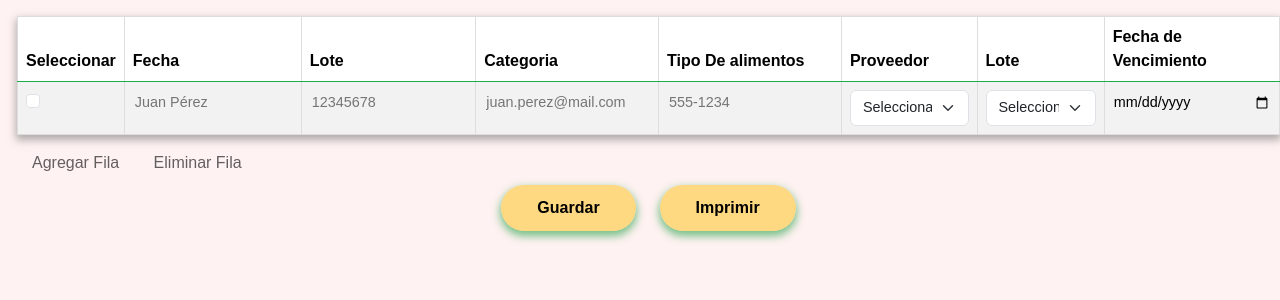
Repository: Mateojimenezz/Granja-Santa-Helena
Page: registroDiarioDeAlimentos.html
An editor plug-in stored every save of this project. The page is shown before and after a run of saves, followed by the edit.
The browser window is 1280 px wide. The pictures show the whole page.
Some web fonts or font styles are not loaded; a fallback is used.

Above is the page before, as saved 2025-04-22 15:35:51.

### registroDiarioDeAlimentos.html
<!DOCTYPE html>
<html lang="es">
<head>
    <meta charset="UTF-8">
    <meta name="viewport" content="width=device-width, initial-scale=1.0">
    <title>Registro Diario de Alimentos</title>
    <link href="https://cdn.jsdelivr.net/npm/bootstrap@5.3.3/dist/css/bootstrap.min.css" rel="stylesheet" integrity="sha384-QWTKZyjpPEjISv5WaRU9OFeRpok6YctnYmDr5pNlyT2bRjXh0JMhjY6hW+ALEwIH" crossorigin="anonymous">
     <link rel="stylesheet" href="https://cdn.jsdelivr.net/npm/bootstrap-icons@1.11.3/font/bootstrap-icons.min.css">
     <link rel="stylesheet" href="./assets/css/tablas.css"> <!-- Enlace a tu CSS -->
    <link href="https://fonts.googleapis.com/css2?family=Calistoga&display=swap" rel="stylesheet">
  </head>
<body>
    <main>
        <table class="table table-striped  mt-3 " id="userTable">
          <thead class="table">
            <tr>
              <th>Seleccionar</th> <!-- Nueva columna -->
              <th>Fecha</th>
              <th>Lote</th>
              <th>Categoria</th>
              <th>Tipo De alimentos</th>
              <th>Proveedor</th>
              <th>Lote</th>
              <th>Fecha de Vencimiento</th>
            </tr>
          </thead>
          <tbody>
            <tr>
              <td>
                <input type="checkbox" class="form-check-input" />
              </td>
              <td>
                <input type="text" class="input-no-border" placeholder="Juan Pérez" />
              </td>
              <td>
                <input type="text" class="input-no-border" placeholder="12345678" />
              </td>
              <td>
                <input type="email" class="input-no-border" placeholder="juan.perez@mail.com" />
              </td>
              <td>
                <input type="tel" class="input-no-border" placeholder="555-1234" />
              </td>
              <td>
                <!-- Selector proveedores -->
                <select class="form-select">
                  <option selected disabled>Seleccionar</option> <!-- Opción predeterminada -->
                  <option value="Proveedor 1">Proveedor 1</option>
                  <option value="Proveedor 2">Proveedor 2</option>
                  <option value="Proveedor 3">Proveedor 3</option>
                </select>
              </td>
              <td>
                <!-- Selector de Lote -->
                <select class="form-select">
                  <option selected disabled>Seleccionar</option> <!-- Opción predeterminada -->
                  <option value="Lote 1">lote 1</option>
                  <option value="Lote 2">Lote 2</option>
                  <option value="Lote 3">Lote 3</option>
                </select>
              </td>
              <td>
                <input type="date" class="input-no-border" placeholder="555-1234" />
              </td>
            </tr>
            <!-- Más filas aquí -->
          </tbody>
        </table>
        <a id="addUserButton" class=" btn-agregar-usuario mt-3">Agregar Fila</a>
        <a id="deleteUserButton" class=" btn-agregar-usuario mt-3">Eliminar Fila</a>
      </main>

      <footer class="d-flex justify-content-center align-items-center  text-white gap-4">
        <button class="btn ">Guardar</button>
        <button id="printButton" class="btn ">Imprimir</button>
      </footer>

      <script src="https://cdnjs.cloudflare.com/ajax/libs/jspdf/2.4.0/jspdf.umd.min.js"></script>
      <script src="https://cdnjs.cloudflare.com/ajax/libs/jspdf-autotable/3.5.25/jspdf.plugin.autotable.min.js"></script>
      <script src="https://cdn.jsdelivr.net/npm/bootstrap@5.3.3/dist/js/bootstrap.bundle.min.js" integrity="sha384-YvpcrYf0tY3lHB60NNkmXc5s9fDVZLESaAA55NDzOxhy9GkcIdslK1eN7N6jIeHz" crossorigin="anonymous"></script>
      <script src="/assets/js/inventarioDeAlimentos.js"></script> <!--  agregar y eliminar filas en la tabla-->
      <script src="/assets/js/imprimirtabla.js"></script> <!-- imprimir tabla -->

</body>

</html>

### assets/css/tablas.css
@import "./variables.css";
body {
  background-color: var(--color-FondoDiv2);
    font-family: Arial;
    margin-left: 17px;
    padding: 0;
  }


  table {
    width: 100%;
    border-collapse: collapse;
    margin: 0 auto;

  }

  table, th, td {
    border: 1px solid #ddd;
    box-shadow: 0 4px 8px 1px  rgba(120, 122, 120, 0.6) /* Sombra verde */

  }

  th, td {
    padding: 10px;
    text-align: left;
  }

  th {
    border-bottom: 1px solid var(--color-principal);


  }

  .btn {
    background-color: var(  --color-Botones);
    padding: 10px 35px;
    border-radius: 30px;
    color: black;
    font-weight: bold;
    box-shadow: 0 4px 8px 1px  rgba(25, 157, 60, 0.6) /* Sombra verde */
  }
  .btn:hover {
    background-color: #f4cf50; /* Tonalidad más oscura */
    color: black;
  }
  .btn:active {
    background-color:var(--color-principal)!important;
    color: white !important;
    box-shadow: none !important;
  }
  .btn-agregar-usuario {
    text-decoration: none;
    padding: 10px 15px;
    color:var(  --color-TextoMenuLateral);

  }
  .btn-agregar-usuario:hover {
    color:var(--color-principal); /* Cambia el color al pasar el mouse */
    text-decoration: underline; /* Subraya el texto */
  }

  /* Eliminar bordes de los inputs */
  .input-no-border {
    border: none; /* Sin bordes */
    outline: none; /* Sin resalte al enfocarse */
    background-color: transparent; /* Fondo transparente */
    width: 100%; /* Ocupa el ancho disponible */
  }

  /* Ajuste de tablas para diseño responsivo */
  #userTable {
    width: 100%; /* Ancho total de la tabla */
  }

  #userTable input,
  #userTable select {
    font-size: 0.9rem; /* Ajusta el tamaño del texto */
  }


  footer {
    text-align: center;
    padding: 10px;
  }
  @media (max-width: 768px) {
    .fixed-buttons {
      position: fixed;
      bottom: 20px;
      left: 20px;
      z-index: 1000;
    }

    #userTable {
      overflow-x: auto; /* Scroll horizontal en pantallas pequeñas */
      display: block;
    }
  }

  /* Opcional para mejorar el diseño */
  #userTable {
    width: 100%; /* Ocupa todo el ancho del contenedor */
  }

### assets/js/inventarioDeAlimentos.js
 // Función para añadir una nueva fila a la tabla
 const addUserButton = document.getElementById('addUserButton');
 const userTableBody = document.querySelector('#userTable tbody');


 addUserButton.addEventListener('click', function () {
   const newRow = document.createElement('tr');

   newRow.innerHTML = `
     <td>
       <input type="checkbox" class="form-check-input" />
     </td>
     <td>
       <input type="text" class="input-no-border" placeholder="Nombre" />
     </td>
     <td>
       <input type="text" class="input-no-border" placeholder="Identificación" />
     </td>
     <td>
       <input type="email" class="input-no-border" placeholder="Email" />
     </td>
     <td>
       <input type="tel" class="input-no-border" placeholder="Teléfono" />
     </td>
     <td>
        <select class="form-select">
            <option selected disabled>Seleccionar</option> <!-- Opción predeterminada -->
            <option value="Proveedor 1">Proveedor 1</option>
            <option value="Proveedor 2">Proveedor 2</option>
            <option value="Proveedor 3">Proveedor 3</option>
        </select>
    </td>
    <td>
         <select class="form-select">
            <option selected disabled>Seleccionar</option> <!-- Opción predeterminada -->
            <option value="Lote 1">lote 1</option>
            <option value="Lote 2">Lote 2</option>
            <option value="Lote 3">Lote 3</option>
        </select>
    </td>
     <td>
        <input type="date" class="input-no-border" placeholder="555-1234" />
      </td>

   `;

   userTableBody.appendChild(newRow);
 });
 // Función para eliminar la fila seleccionada o la última fila si no hay ninguna seleccionada
 deleteUserButton.addEventListener('click', function () {
    // Buscar filas seleccionadas
    const selectedRows = Array.from(document.querySelectorAll('#userTable tbody tr')).filter(row => {
      const checkbox = row.querySelector('.form-check-input');
      return checkbox && checkbox.checked;
    });

    if (selectedRows.length > 0) {
      // Eliminar las filas seleccionadas
      selectedRows.forEach(row => row.remove());
    } else {
      // Si no hay filas seleccionadas, eliminar la última fila
      const rows = document.querySelectorAll('#userTable tbody tr');
      if (rows.length > 0) {
        rows[rows.length - 1].remove();
      }
    }
  });

  printButton.addEventListener('click', function () {
    // Crear un nuevo documento PDF
    const { jsPDF } = window.jspdf;
    const doc = new jsPDF();

    // Obtener los datos de la tabla
    const table = document.getElementById('userTable');
    doc.autoTable({
      head: [['Seleccionar', 'Nombre', 'Identificación', 'Email', 'Teléfono', 'Rol', 'Asignar Permisos']], // Encabezados
      body: Array.from(table.querySelectorAll('tbody tr')).map(row => {
        return Array.from(row.cells).map(cell => {
          const input = cell.querySelector('input, select');
          return input ? input.value || input.options[input.selectedIndex]?.text : cell.textContent.trim();
        });
      }),
    });

    // Guardar como archivo PDF
    doc.save('tabla_usuarios.pdf'); // Nombre del archivo
  });

### assets/js/imprimirtabla.js
// Este script se encarga de imprimir la tabla de usuarios en formato PDF
  const printButton = document.getElementById('printButton');
  printButton.addEventListener('click', function () {
    // Crear un nuevo documento PDF
    const { jsPDF } = window.jspdf;
    const doc = new jsPDF();

    // Obtener los datos de la tabla
    const table = document.getElementById('userTable');
    doc.autoTable({
      head: [['Seleccionar', 'Nombre', 'Identificación', 'Email', 'Teléfono', 'Rol', 'Asignar Permisos']], // Encabezados
      body: Array.from(table.querySelectorAll('tbody tr')).map(row => {
        return Array.from(row.cells).map(cell => {
          const input = cell.querySelector('input, select');
          return input ? input.value || input.options[input.selectedIndex]?.text : cell.textContent.trim();
        });
      }),
    });

    // Guardar como archivo PDF
    doc.save('tabla_usuarios.pdf'); // Nombre del archivo
  });

### assets/css/variables.css
/* variables.css */
:root {
    --color-principal: #1CAD48 ;
    --color-Botones: rgba(255, 187, 0, 0.47);
    --color-texto: white;
    --color-fondo: #f5f5f5;
    --font-principal: 'calistoga','arial';
    --color-fondoDiv: #F8E91C;
    --color-FondoDiv2:#FFF2F2;
    --color-Footter: #D9D9D9;
    --letra-gris: #B0B0B7;
    --color-menu-lateral:#BDEAAD;
    --color-TextoMenuLateral:#645f5f; /* Color de texto del menú lateral */
    --fondo-formularios:#FFFFFF; /* Color de fondo de los formularios */
  }

After the next 2 saves:
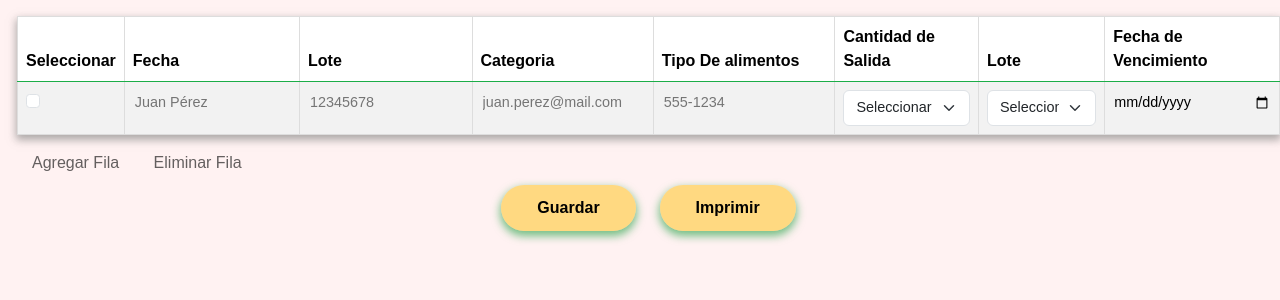
The 2 saves are shown as one change because they came seconds apart.
The last was saved 12 s later.
--- a/registroDiarioDeAlimentos.html
+++ b/registroDiarioDeAlimentos.html
@@ -19,7 +19,7 @@
               <th>Lote</th>
               <th>Categoria</th>
               <th>Tipo De alimentos</th>
-              <th>Proveedor</th>
+              <th>Cantidad de Salida</th>
               <th>Lote</th>
               <th>Fecha de Vencimiento</th>
             </tr>
